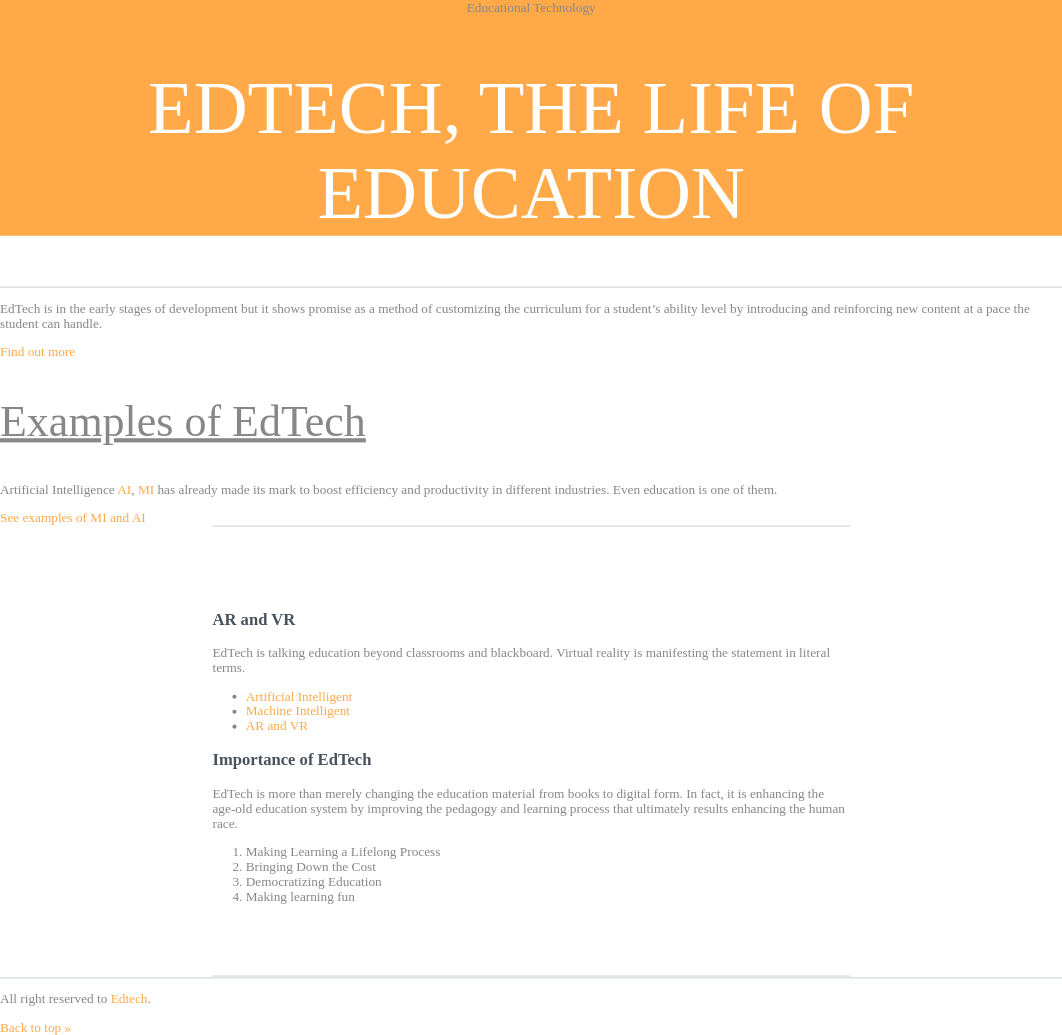
Repository: tunmishyi/edtech
Page: index.html
The author's editor kept a copy of each file at every save. The page is drawn from the files as they stood at one save, then again after the next save.
The browser window is 1280 px wide. The pictures show the whole page, at 83% of full size.

Above is the page before, as saved 2020-06-12 00:56:51.

After the next save:
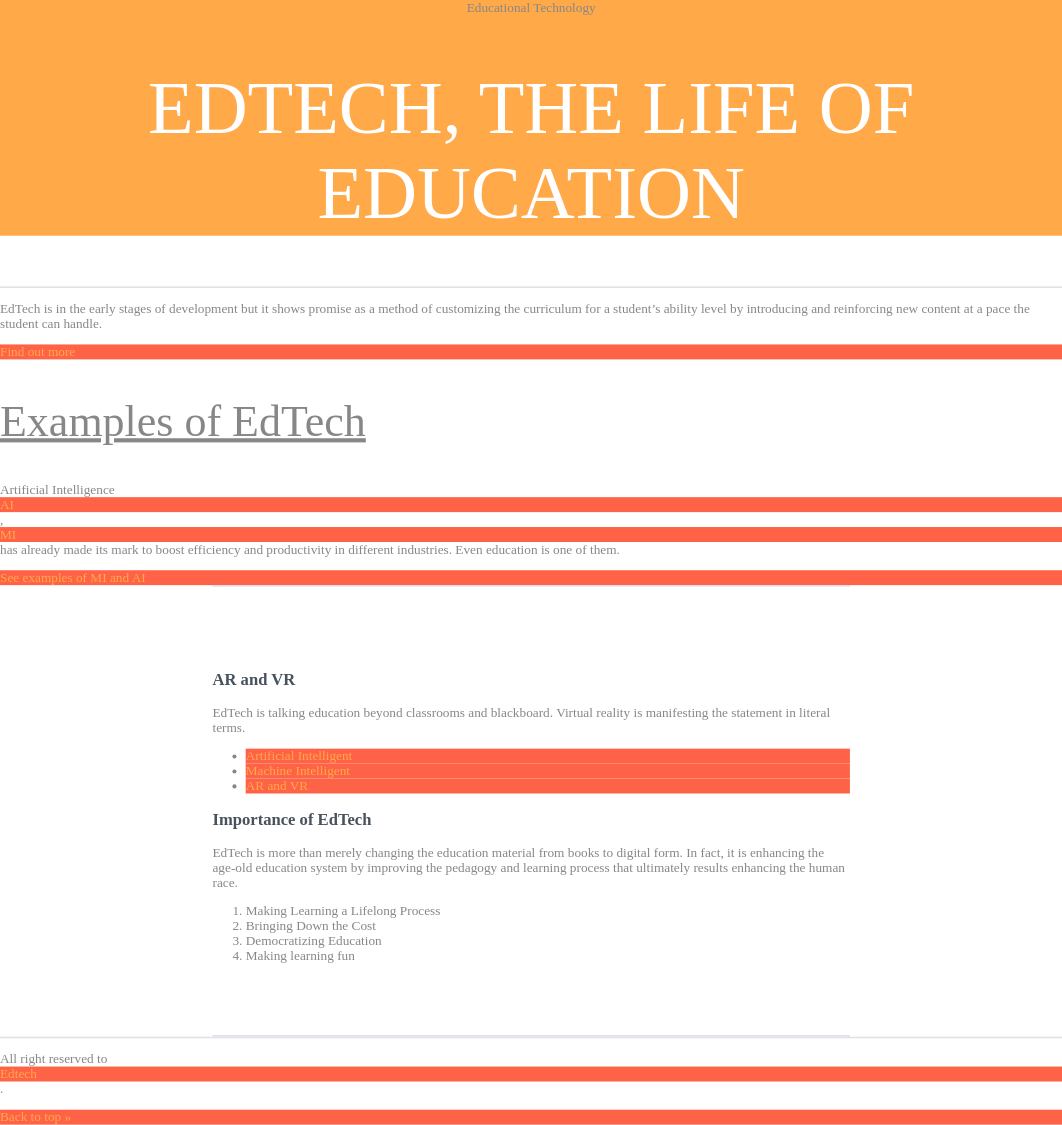
Saved 106 s later.
--- a/style.css
+++ b/style.css
@@ -24,13 +24,12 @@ h1 {
         color: #48525c;
     }
 
-    /* Pseudo Classes-------- */
-
-
-    /* Pseudo classes */
+ /* Pseudo classes */
     a:link {
         color: rgb(255, 169, 73);
         text-decoration: none;
+        display: block;
+        background-color: tomato;
     }
 
     a:visited {
